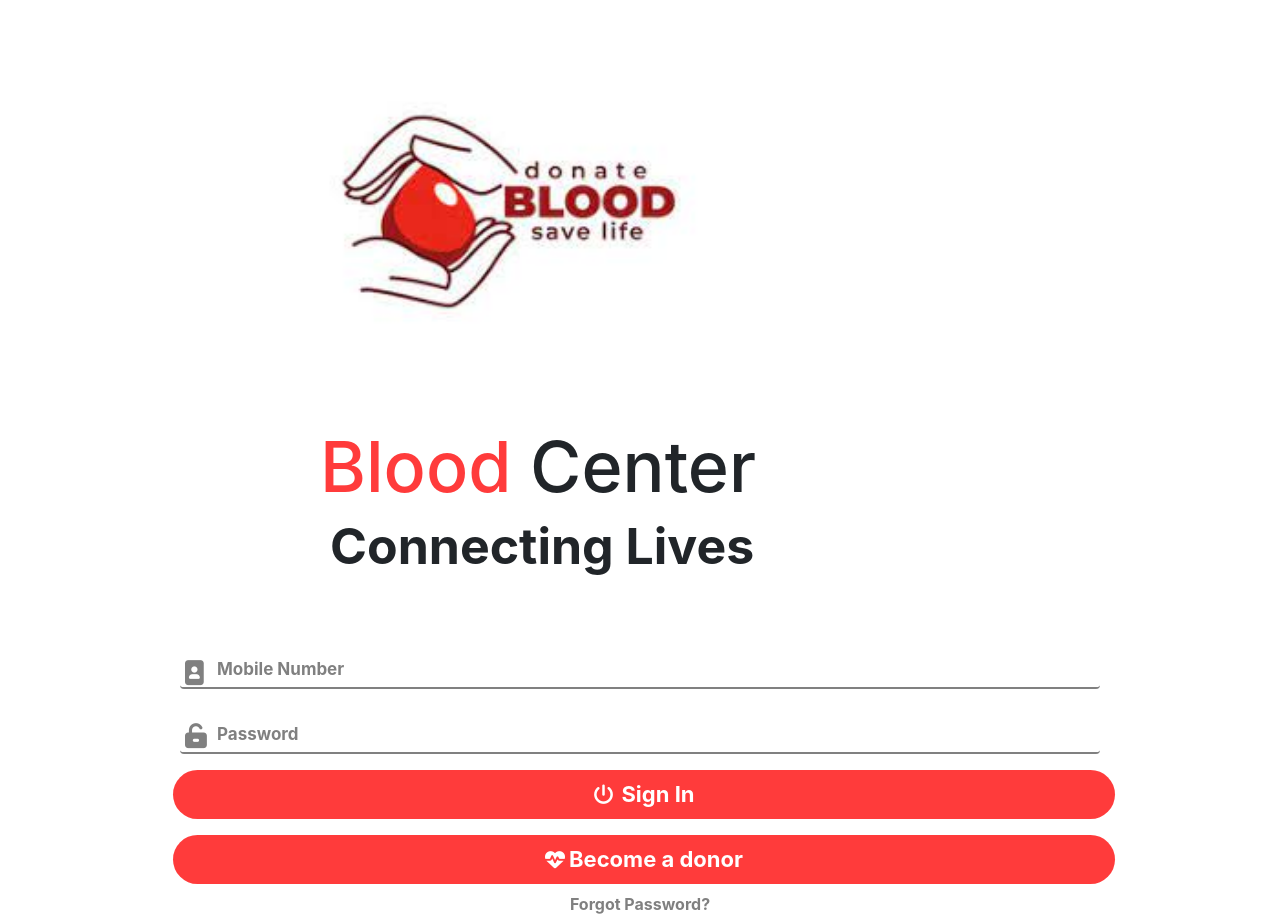
Repository: syedali042/jbds
Page: /
An editor plug-in stored every save of this project. The page is shown before and after the next save, followed by the edit.
The browser window is 1280 px wide. The pictures show the whole page.
Some web libraries are served in a nearby version. The project was rebuilt for these pictures with package versions that can differ from the ones it lists, and the page was loaded fresh each time. Also part of the build but not shown: src/components/Header.js, src/components/About.js, src/components/Register.js, src/components/Header2.js, src/components/Home.js, src/components/Header4.js, src/components/Request.js, src/components/Header3.js and 1 more.

Above is the page before, as saved 2021-09-24 02:37:21.

### public/index.html
<!DOCTYPE html>
<html lang="en">
  <head>
    <meta charset="utf-8" />
    <link rel="icon" href="%PUBLIC_URL%/favicon.ico" />
    <meta name="viewport" content="width=device-width, initial-scale=1" />
    <meta name="theme-color" content="#000000" />
    <meta
      name="description"
      content="Web site created using create-react-app"
    />
    <!--FontAwesome-->
    <script src="https://kit.fontawesome.com/f4576591a8.js" crossorigin="anonymous"></script>
    <!--FontAwesome ends-->
    <!--bootstrap-->
    <link rel="stylesheet" href="https://maxcdn.bootstrapcdn.com/bootstrap/4.0.0/css/bootstrap.min.css"
      integrity="sha384-Gn5384xqQ1aoWXA+058RXPxPg6fy4IWvTNh0E263XmFcJlSAwiGgFAW/dAiS6JXm" crossorigin="anonymous">
    <!--bootstrap ends-->
    <link rel="apple-touch-icon" href="%PUBLIC_URL%/logo192.png" />
    <!--
      manifest.json provides metadata used when your web app is installed on a
      user's mobile device or desktop. See https://developers.google.com/web/fundamentals/web-app-manifest/
    -->
    <link rel="manifest" href="%PUBLIC_URL%/manifest.json" />
    <!--
      Notice the use of %PUBLIC_URL% in the tags above.
      It will be replaced with the URL of the `public` folder during the build.
      Only files inside the `public` folder can be referenced from the HTML.

      Unlike "/favicon.ico" or "favicon.ico", "%PUBLIC_URL%/favicon.ico" will
      work correctly both with client-side routing and a non-root public URL.
      Learn how to configure a non-root public URL by running `npm run build`.
    -->
    <title>React App</title>
  </head>
  <body>
    <noscript>You need to enable JavaScript to run this app.</noscript>
    <div id="root"></div>
    <!--Jquery-->
    <script src="https://code.jquery.com/jquery-3.2.1.slim.min.js"
      integrity="sha384-KJ3o2DKtIkvYIK3UENzmM7KCkRr/rE9/Qpg6aAZGJwFDMVNA/GpGFF93hXpG5KkN" crossorigin="anonymous"></script>
    <script src="https://cdnjs.cloudflare.com/ajax/libs/popper.js/1.12.9/umd/popper.min.js"
      integrity="sha384-ApNbgh9B+Y1QKtv3Rn7W3mgPxhU9K/ScQsAP7hUibX39j7fakFPskvXusvfa0b4Q" crossorigin="anonymous"></script>
    <script src="https://maxcdn.bootstrapcdn.com/bootstrap/4.0.0/js/bootstrap.min.js"
      integrity="sha384-JZR6Spejh4U02d8jOt6vLEHfe/JQGiRRSQQxSfFWpi1MquVdAyjUar5+76PVCmYl" crossorigin="anonymous"></script>
    <!--Jquery ends-->
  </body>
</html>

### src/App.js
import './App.css';
import Login from './components/Login';
import About from './components/About';
import Register from './components/Register';
import Home from './components/Home';
import Request from './components/Request';
import Create from './components/Create';
import {
  BrowserRouter as Router,
  Switch,
  Route,
  Link
} from "react-router-dom";


function App() {
  return (
    <Router>
      <Switch>
        <Route path="/About">
          <About/>
        </Route>
        <Route path="/Login">
          <Login />
        </Route>
        <Route path="/Register">
          <Register />
        </Route>
        <Route path="/Create">
          <Create />
        </Route>
        <Route path="/Request">
          <Request />
        </Route>
        <Route path="/Home">
          <Home />
        </Route>
        <Route path="/">
          <Login />
        </Route>
      </Switch>
    </Router>
  );
}

export default App;

### src/App.css
*{
  margin: 0;
  padding: 0;
}
.con{
  font-size: 25px;
  font-weight: bold;
  position: relative;
  bottom: 35px;
  padding: 5px;
}
.em{
  border: none;
  border-bottom: 2px solid gray;
}
.pass{
  border: none;
  border-bottom: 2px solid gray;
}
.placehorder::placeholder {
  font-weight: bolder;
  color: gray;
  position: relative;
  left: 25px;
  font-size: 17px;
}
.forgot{
  color: gray;
  font-weight: bolder;
}
.login{
  color: gray;
  font-weight: bolder;
}
.fa-portrait{
  font-size: 20px;
  position: relative;
  top: 30px;
  left: 5px;
  color: gray;
}
.fa-unlock-alt{
   font-size: 20px;
  position: relative;
  top: 30px;
  left: 5px;
  color: gray;
}
.sign{
  width: 230px;
  position: relative;
  font-size: 22px;
  border-radius: 30px;
  background-color: #FF3B3B;
  color: white;
  font-weight: bolder;
  border: none;
}
.fa-power-off{
  font-size: 20px;
  position: relative;

  color: white ;
}
.donor{
  width: 230px;
  position: relative;
  font-size: 22px;
  border-radius: 30px;
  background-color: #FF3B3B;
  color: white;
  font-weight: bolder;
  border: none;
  letter-spacing: o.1;
}
.fa-heartbeat{
   font-size: 20px;
  position: relative;

  color: white ;
}
@media screen and (max-width: 440px){

  .con{
  font-size: 20px;
  font-weight: bold;
  position: relative;
  bottom: 35px;
  padding: 5px;
}
.blood{
  font-size: 27px;
}
.img{
  position: relative;
  right: 20px;
}
.formik{
  position: relative;
  bottom: 50px;
}
.pass{
  border: none;
  border-bottom: 2px solid gray;

}

.donor{
  width: 210px;
  position: relative;
  font-size: 22px;
  border-radius: 30px;
  background-color: #FF3B3B;
  color: white;
  font-weight: bolder;
  border: none;
  letter-spacing: o.1;
}
.sign{
  width: 210px;
  position: relative;
  font-size: 22px;
  border-radius: 30px;
  background-color: #FF3B3B;
  color: white;
  font-weight: bolder;
  border: none;
}

}
@media screen and (min-width: 768px){


  .img{
  position: relative;
  width: 400px;
  left: 40px;
}
  .con{
  font-size: 50px;
  font-weight: bold;
  position: relative;
  bottom: 35px;
  padding: 5px;
  left: 50px;
}
.blood{
  font-size: 70px;
  position: relative;
  left: 40px;
}

.name{
  border: none;
  border-bottom: 2px solid gray;
   margin-top: 10px;
  height: 70px;
}


.adress{
    border: none;
  border-bottom: 2px solid gray;
   margin-top: 10px;
  height: 70px;
}
input::placeholder {
  font-weight: bolder;
  color: gray;
  position: relative;
  left: 45px;
  font-size: 30px;
}
.fa-portrait{
  font-size: 25px;
  position: relative;
  top: 37px;
  left: 5px;
  color: gray;
}
.fa-unlock-alt{
   font-size: 25px;
  position: relative;
  top: 35px;
  left: 5px;
  color: gray;
}
.fa-mobile-alt{
    font-size: 30px;
  position: relative;
  top: 55px;
  left: 5px;
  color: gray;
}
.fa-map-marker-alt{
   font-size: 30px;
  position: relative;
  top: 55px;
  left: 5px;
  color: gray;
}
.fa-disease{
 font-size: 30px;
  position: relative;
  top: 55px;
  left: 5px;
  color: gray;
}

.sign{
  width: 300px;
  position: relative;
  font-size: 22px;
  border-radius: 30px;
  background-color: #FF3B3B;
  color: white;
  font-weight: bolder;
  border: none;
}

.donor{
  width: 300px;
  position: relative;

  font-size: 22px;
  border-radius: 30px;
  background-color: #FF3B3B;
  color: white;
  font-weight: bolder;
  border: none;
  letter-spacing: o.1;
}

}
.header{
  background-color: #FF3B3B;
  padding: 3px;
}
.fa-chevron-left{
  color: white;
}
.profile{
  color: white;

}
.kelly{
  font-size: 23px;
  font-weight: bolder;
}
.girl{
  width: 70px;
  border-radius: 50px;
  margin-left: 50px;
  position: relative;
  bottom: 10px;
}
.r1{
  margin-top: 40px;
}

.name{
  border: none;
  border-bottom: 2px solid gray;
}
.num{
   border: none;
  border-bottom: 2px solid gray;
}
.adress{
    border: none;
  border-bottom: 2px solid gray;
}
.r2{
  background-color: rgb(247, 238, 238);
  border-radius: 15px;
  border: 1px solid transparent;
}
.update{

  position: relative;
  font-size: 22px;
  border-radius: 30px;
  background-color: #FF3B3B;
  color: white;
  font-weight: bolder;
  border: none;
}
.fa-mobile-alt{
   font-size: 20px;
  position: relative;
  top: 30px;
  left: 5px;
  color: gray;
}
.bloodGroup{
   border: none;
  border-bottom: 2px solid gray;
}
.fa-disease{
  font-size: 20px;
  position: relative;
  top: 30px;
  left: 5px;
  color: gray;
}
.city{
  border: none;
  border-bottom: 2px solid gray;
}
.fa-map-marker-alt{
  font-size: 20px;
  position: relative;
  top: 30px;
  left: 5px;
  color: gray;
}
.fa-arrow-right{
   font-size: 30px;
  position: relative;
 top: 5px;
  color:white;
}
.bodyOfHeader2{
   background-color: #FF3B3B;
   color: white;
}
.fa-search{
  position: relative;
  left: 90%;
  bottom: 30px;
  color: gray;
  font-size: 25px;
}
.groups{
 display: flex;
 margin-left: 5px;
}
.groups >div {
  background-color: #FF3B3B;
  width: 30px;
  margin: 7px;
  text-align: center;
  font-size: 20px;
  color: white;
  border-radius: 5px;
}
.HomeRow{
  border-bottom: 1px solid gray;
}
.sidebar{
  width: 60%;
  height: 100vh;
  position: absolute;
  background-color: #FF3B3B ;
  z-index: 1;
}
.create{
  color: white;
  margin-right: 30px;
}
.conReq{
  margin-top: 20px;
  background-color: rgb(216, 220, 230);
  border-radius: 5px;
}

### src/components/Login.js
import React from 'react';
import {Formik} from 'formik';


function Login() {
    return (

            <div className="container">
                <div className="row">
                    <div className="col-2"></div>
                    <div className="col-8">
                            <img src="./images/download.jfif" alt="there is no image" style={{marginRight:10}} className="img"/>
                            <h2 className="blood" style={{padding:5}}><span style={{color:'#FF3B3B'}}>Blood</span> Center</h2><br>
                            </br>
                            <h5 className="con">Connecting Lives</h5>
                    </div>
                    <div className="col-2"></div>
                    <div className="container">
                        <div className="row">
                            <div className="col-1"></div>
                            <div className="col-10">

                                <div>

                                    <Formik
                                        initialValues={{ email: '', password: '' }}
                                        validate={values => {
                                            const errors = {};
                                            if (!values.email) {
                                                errors.email = 'Required';
                                            } else if (
                                                !/^[A-Z0-9._%+-]+@[A-Z0-9.-]+\.[A-Z]{2,}$/i.test(values.email)
                                            ) {
                                                errors.email = 'Invalid email address';
                                            }
                                            return errors;
                                        }}
                                        onSubmit={(values, { setSubmitting }) => {
                                            setTimeout(() => {
                                                alert(JSON.stringify(values, null, 2));
                                                setSubmitting(false);
                                            }, 400);
                                        }}
                                    >
                                        {({
                                            values,
                                            errors,
                                            touched,
                                            handleChange,
                                            handleBlur,
                                            handleSubmit,
                                            isSubmitting,
                                            /* and other goodies */
                                        }) => (
                                        <form onSubmit={handleSubmit} className="formik">
                                            <i className="fas fa-portrait"></i>
                                                <input
                                                type="email" className="placehorder form-control em"
                                                    name="email"
                                                    onChange={handleChange}
                                                    onBlur={handleBlur}
                                                    value={values.email}
                                                    placeholder="Mobile Number"

                                                />

                                                {errors.email && touched.email && errors.email}
                                            <i className="fas fa-unlock-alt"></i>
                                                <input
                                                type="password" className="placehorder form-control pass"
                                                    name="password"
                                                    onChange={handleChange}
                                                    onBlur={handleBlur}
                                                    value={values.password}
                                                    placeholder="Password"
                                                />

                                                {errors.password && touched.password && errors.password}
                                            <div className="row d-flex align-items-center justify-content-center">
                                                <button type="submit" disabled={isSubmitting} className="sign p-2 mt-3 ml-2 w-100">
                                                    <i className="fas fa-power-off mr-2 "></i>Sign In
                                                </button>
                                                <button className="donor p-2 mt-3 ml-2 w-100">
                                                  <i className="fas fa-heartbeat mr-1 "></i>Become a donor
                                                </button>
                                                <a href="#" className="forgot p-2">Forgot Password?</a>
                                            </div>

                                            </form>
                                        )}
                                    </Formik>
                            </div>
                        </div>
                        <div className="col-1"></div>
                    </div>
                </div>
            </div>
        </div>
    )
}

export default Login

Loaded but not shown: src/index.js (common file); src/index.css (common file); src/reportWebVitals.js (common file)

After the next save:
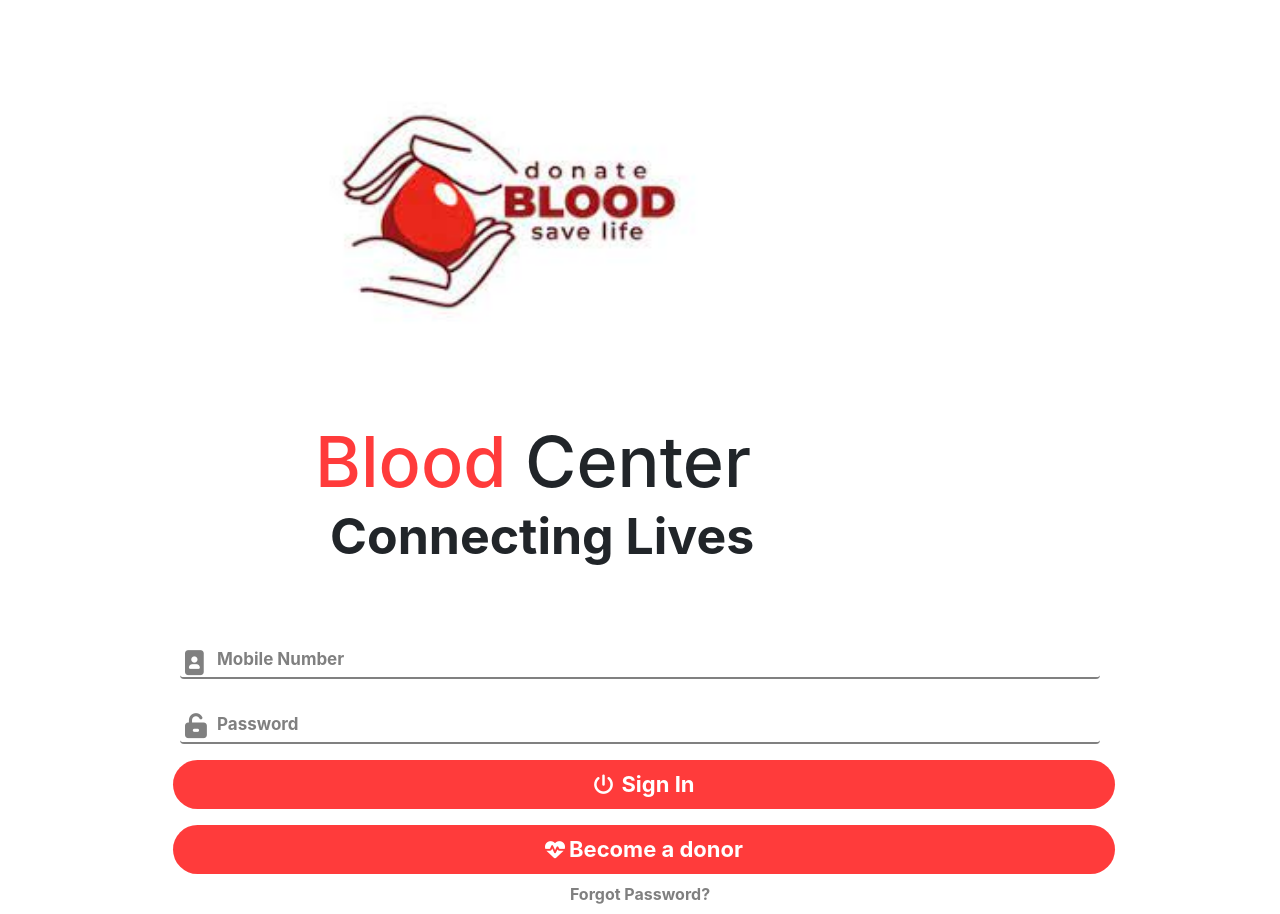
Saved 46 days later.
--- a/src/components/Login.js
+++ b/src/components/Login.js
@@ -9,8 +9,8 @@ function Login() {
                 <div className="row">
                     <div className="col-2"></div>
                     <div className="col-8">
-                            <img src="./images/download.jfif" alt="there is no image" style={{marginRight:10}} className="img"/>
-                            <h2 className="blood" style={{padding:5}}><span style={{color:'#FF3B3B'}}>Blood</span> Center</h2><br>
+                            <img src="./images/download.jfif" alt="there is no image" className="img"/>
+                            <h2 className="blood"><span style={{color:'#FF3B3B'}}>Blood</span> Center</h2><br>
                             </br>
                             <h5 className="con">Connecting Lives</h5>
                     </div>
